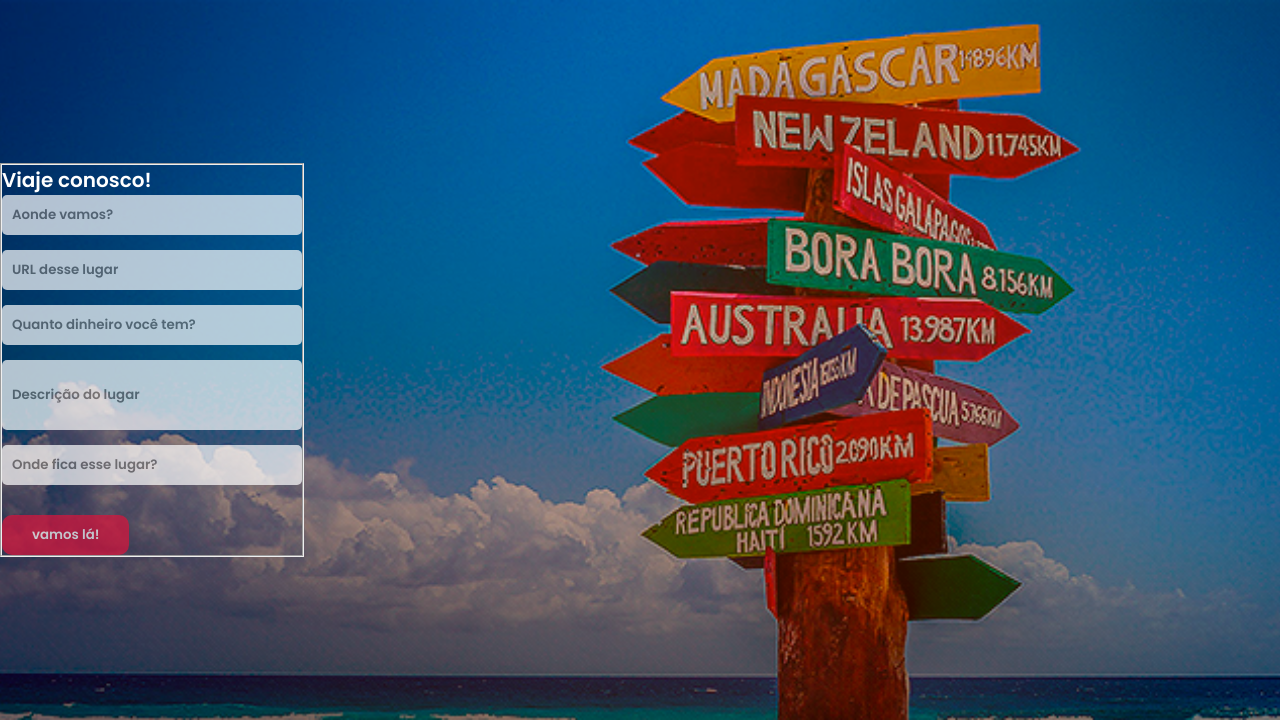
Repository: AngelTJVzla/cards
Page: index.html
The author's editor kept a copy of each file at every save. The page is drawn from the files as they stood at one save, then again after the next save.
The browser window is 1280 px wide. The pictures show the whole page.

Above is the page before, as saved 2022-08-29 22:39:14.

### index.html
<!DOCTYPE html>
<html lang="pt-BR">

<head>
    <meta charset="UTF-8">
    <meta http-equiv="X-UA-Compatible" content="IE=edge">
    <meta name="viewport" content="width=device-width, initial-scale=1.0">
    <title>Gosta viajar?</title>
    <link rel="stylesheet" href="style.css">

</head>

<body>

    <div class="div-container">
        <img src="./img/viajar.png" class="bg-img" alt="">
        <form autocomplete="off" id="form__">
            <fieldset class="form__fieldset">
                <span>Viaje conosco!</span>
                <div class="inputs">
                    <input type="text" class="titulo" placeholder="Aonde vamos?" maxlength="25" required>
                    </p>
                    <div>
                        <input type="url" class="url" placeholder="URL desse lugar" required>
                    </div>
                    <div>
                        <input id="preco" type="text" class="preco" placeholder="Quanto dinheiro você tem?" maxlength="15" required>
                    </div>
                    <div>
                        <input type="text" class="descricao" placeholder="Descrição do lugar" maxlength="60"
                            required>
                    </div>
                    <div>
                        <input type="text" class="localizacao" placeholder="Onde fica esse lugar?" maxlength="25"
                            required>
                    </div>

                    <button type="submit">vamos lá!</button>

            </fieldset>
        </form>


        <div class="container-resultado">
            <div class="resultado">

            </div>
        </div>

    </div>



    <script src="script.js"></script>
</body>

</html>

### style.css
@import url('https://fonts.googleapis.com/css2?family=Poppins:ital,wght@0,300;0,400;0,500;0,600;1,300&display=swap');

* {
    margin: 0;
    padding: 0;
    box-sizing: border-box;
    font-family: 'Poppins', sans-serif;
}

.div-container {
    width: 100%;
    height: 100vh;
    display: flex;
    opacity: 1;
    overflow: hidden;
}

.bg-img {
    position: absolute;
    object-fit: cover;
    width: 100vw;
    height: 100vh;
    z-index: -1;


}

#form__ {
    height: 100vh;
    display: flex;
    justify-content: center;
    align-items: center;
}
/
.form__fieldset {
    min-width: 400px;
    display: flex;
    flex-direction: column;
    align-items: center;
    justify-content: center;
    margin: 0px 20px;
    padding: 20px;
    text-align: center;
    box-shadow: 5px 5px 50px #fff;
    border-radius: 15px;
    overflow: hidden;
}

.form__fieldset span {
    text-align: center;
    border: none;
    margin-bottom: 20px;
    color: #fff;
    font-size: 20px;
    font-weight: 600;
}

input[type="text"],
input[type="url"] {
    width: 300px;
    padding: 10px;
    margin-bottom: 15px;
    border-radius: 5px;
    border: transparent;
    opacity: 0.7;
    font-weight: 600;
}

input.descricao {
    height: 70px;

}

input[type="url"]:hover,
input[type="text"]:hover {
    opacity: 0.9;
}

.form__fieldset button {
    padding: 10px 30px;
    margin-top: 15px;
    border-radius: 10px;
    background-color: crimson;
    opacity: 0.7;
    border: none;
    color: white;
    font-weight: 600;
    cursor: pointer;
}

.form__fieldset button:hover {
    opacity: 1;
}

.resultado {
    width: 100%;
    max-height: 100vh;
    color: #fff;
    display: flex;
    flex-direction: row;
    flex-wrap: wrap;
    gap: 2%;
    overflow-y: auto;
    overflow-x: hidden;

}

.new {
    min-width: 250px;
    max-width: 250px;
    height: 300px;
    margin-top: 15px;
    border: 1px solid #fff;
    color: #000;
    display: flex;
    flex-direction: column;
    align-items: center;
    overflow: hidden;
    background-color: #fffafadf;
    border-radius: 10px 10px 2px 2px;
    cursor: pointer;
    box-shadow: 2px 2px 10px #fff;
}

.new-responsive {
    min-width: 250px;
    max-width: 250px;
    height: 100%;
    display: flex;
    flex-direction: column;
}


.new img {
    min-width: 100%;
    max-height: 50%;
    object-fit: cover;
    width: auto;
    height: auto;
    cursor: pointer;
    transition: 0.6s;
}

.new img:hover {
    transform: scale(1.1);

}

.new h2 {
    font-size: 16px;
    text-align: center;
    padding: 5px 8px 0px 8px;
}

.new .descricao {
    text-align: center;
    width: 100%;
    font-size: 12px;
    padding: 0px 5px;
    font-weight: 300;
}

.preco-anuncio {
    text-align: center;
    margin-top: 8px;
    font-weight: 500;
    font-size: 18px;
}

.svg {
    width: 100%;
    height: 100%;
    display: flex;
    flex-direction: column;
    justify-content: flex-end;
    font-size: 12px;
    color: #28282a;
    font-weight: 500;
}

.svg svg {
    margin-left: 8px;
    margin-right: 5px;
}

.new svg {
    width: 10px;
}

.new hr {
    width: 100%;
    margin-bottom: 1px;
}


@media screen and (max-width: 1268px) {

    .div-container {
        gap: 2%;
    }

    .form__fieldset {
        min-width: 300px;
    }

    .resultado {
        display: flex;
        justify-content: center;
        align-items: center;
    }

}

@media screen and (max-width: 968px) {
    .form__fieldset {
        min-width: 250px;
    }

    input[type="url"],
    input[type="text"] {
        width: 90%;
    }
}


@media screen and (max-width: 768px) {
    .new {
        min-width: 250px;
    }

    .new-responsive {
        min-width: 100%;
    }

    .preco-anuncio {
        max-width: 100%;
    }
}


@media screen and (max-width: 568px) {

    .div-container {
        display: flex;
        flex-direction: column;
        justify-content: center;
    }

    #form__ {
        display: flex;
        flex-direction: row;
        align-items: flex-start;
    }

    .form__fieldset {
        min-width: 90vw;
        max-width: 90vw;
        min-height: 40vh;
        margin: 0;
        display: flex;
        justify-content: center;
        padding: 10px;
        margin-top: 60px;
    }

    .inputs {
        width: 100%;
        display: flex;
        flex-direction: column;
        align-items: center;
        flex-wrap: wrap;
        gap: 1%;
    }

    input[type="url"] {
        width: 250px;
        padding: 5px;
        margin-bottom: 5px;
    }

    input[type="text"] {
        width: 250px;
        padding: 5px;
        margin-bottom: 5px;
    }

    .descricao {
        max-height: 50px;
    }

    .form__fieldset button {
        margin: 0;

    }

    .resultado {
        display: flex;
        justify-content: center;
        align-items: flex-end;
        min-height: 10vh;
        max-height: 60vh;

    }

}

@media screen and (max-width: 368px) {

    .form__fieldset {
        min-width: 80vw;
        max-width: 90vw;
        min-height: 40vh;
    }

    .resultado {
        display: flex;
        justify-content: center;
        align-items: flex-end;
        min-height: 10vh;
        max-height: 60vh;
    }

    .new-responsive {
        gap: 0%;
    }

    .new-responsive .descricao {
        font-size: 10px;
    }

    .new {
        min-width: 200px;
        max-width: 220px;
        margin-bottom: 10px;
        margin-top: 0;
    }

    .new img{
        margin: 0;
    }

    .new h2 {
        padding: 2px 5px 0;
        font-size: 16px;
    }

    .preco-anuncio {
        font-size: 12px;
        margin-top: 8px;
    }
    .svg {
        font-size: 10px;
    }

    .svg path {
        margin-top: 0;
    }

    .svg hr {
        margin: 1px;
    }

    input[type="url"] {
        width: 180px;
        padding: 5px;
        margin-bottom: 5px;
    }

    input[type="text"] {
        width: 180px;
        padding: 5px;
        margin-bottom: 5px;
    }

    .form__fieldset button {
        padding: 5px 15px;
        margin-top: 1px;
    }
}


@media screen and (max-width: 268px){
    input[type="url"],
    input[type="text"] {
        width: 80%;
    }

    .new {
        min-width: 100px;
        max-width: 180px;
        margin-bottom: 10px;
        margin-top: 0;
    }

}

### script.js
const form = document.getElementById('form__');
const resultado = document.querySelector('.resultado');
const titulo = document.querySelector('.titulo');
const preco = document.querySelector('.preco');
const descricao = document.querySelector('.descricao');
const url = document.querySelector('.url');
const localizacao = document.querySelector('.localizacao');



let dados = [];

dados.push({
  titulo: titulo.value,
  preco: preco.value,
  descricao: descricao.value,
  url: url.value,
  localizacao: localizacao.value
});

form.addEventListener('submit', (evento) => {
  evento.preventDefault();
  resultado.innerHTML +=
  `<div class="new">
      <img src="${url.value}">
      <div class="new-responsive">
          <h2>${titulo.value}</h2>
          <span class="descricao">${descricao.value}</span>
      <div class="preco-anuncio"><span>R$ ${preco.value}</span></div>
      <div class="svg">
      <hr>
      <span>
        <svg xmlns="http://www.w3.org/2000/svg" viewBox="0 0 384 512"><!--! Font Awesome Pro 6.1.0 by @fontawesome - https://fontawesome.com License - https://fontawesome.com/license (Commercial License) Copyright 2022 Fonticons, Inc. --><path d="M168.3 499.2C116.1 435 0 279.4 0 192C0 85.96 85.96 0 192 0C298 0 384 85.96 384 192C384 279.4 267 435 215.7 499.2C203.4 514.5 180.6 514.5 168.3 499.2H168.3zM192 256C227.3 256 256 227.3 256 192C256 156.7 227.3 128 192 128C156.7 128 128 156.7 128 192C128 227.3 156.7 256 192 256z"/></svg> ${localizacao.value}
      </span>
      </div>
    </div>
  </div>`
});

After the next save:
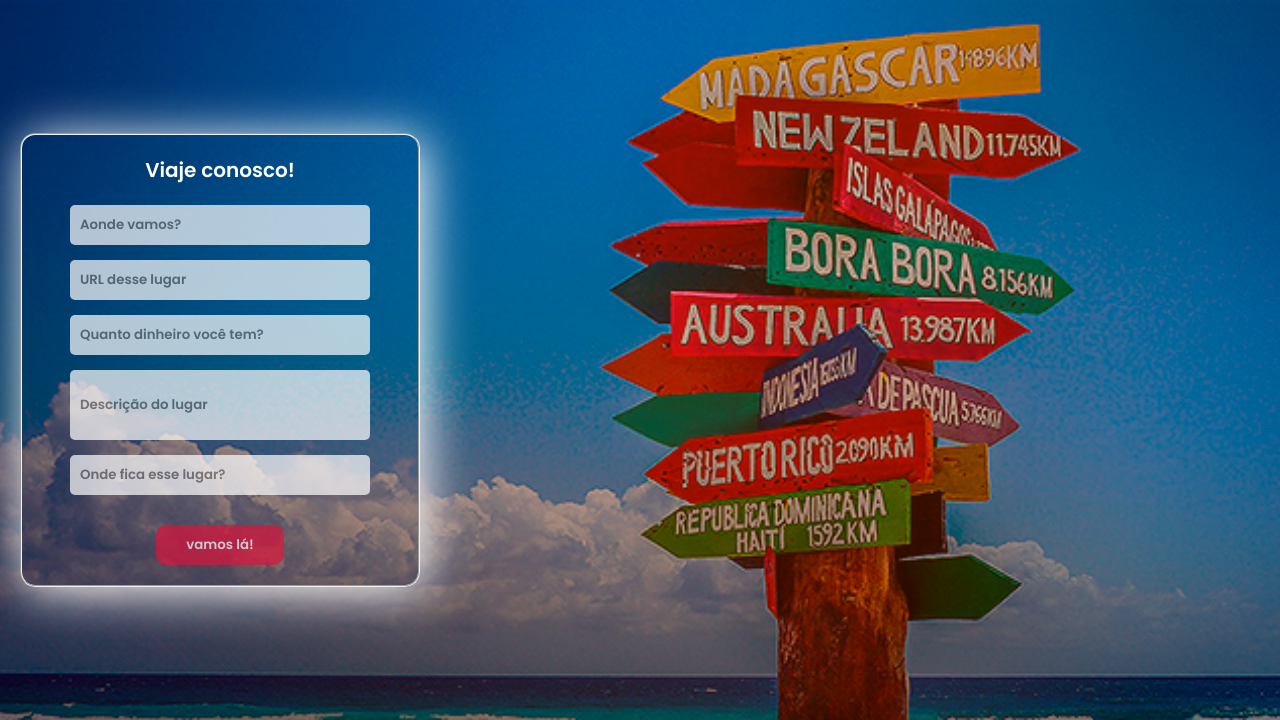
Saved 6 s later.
--- a/style.css
+++ b/style.css
@@ -31,7 +31,7 @@
     justify-content: center;
     align-items: center;
 }
-/
+
 .form__fieldset {
     min-width: 400px;
     display: flex;
